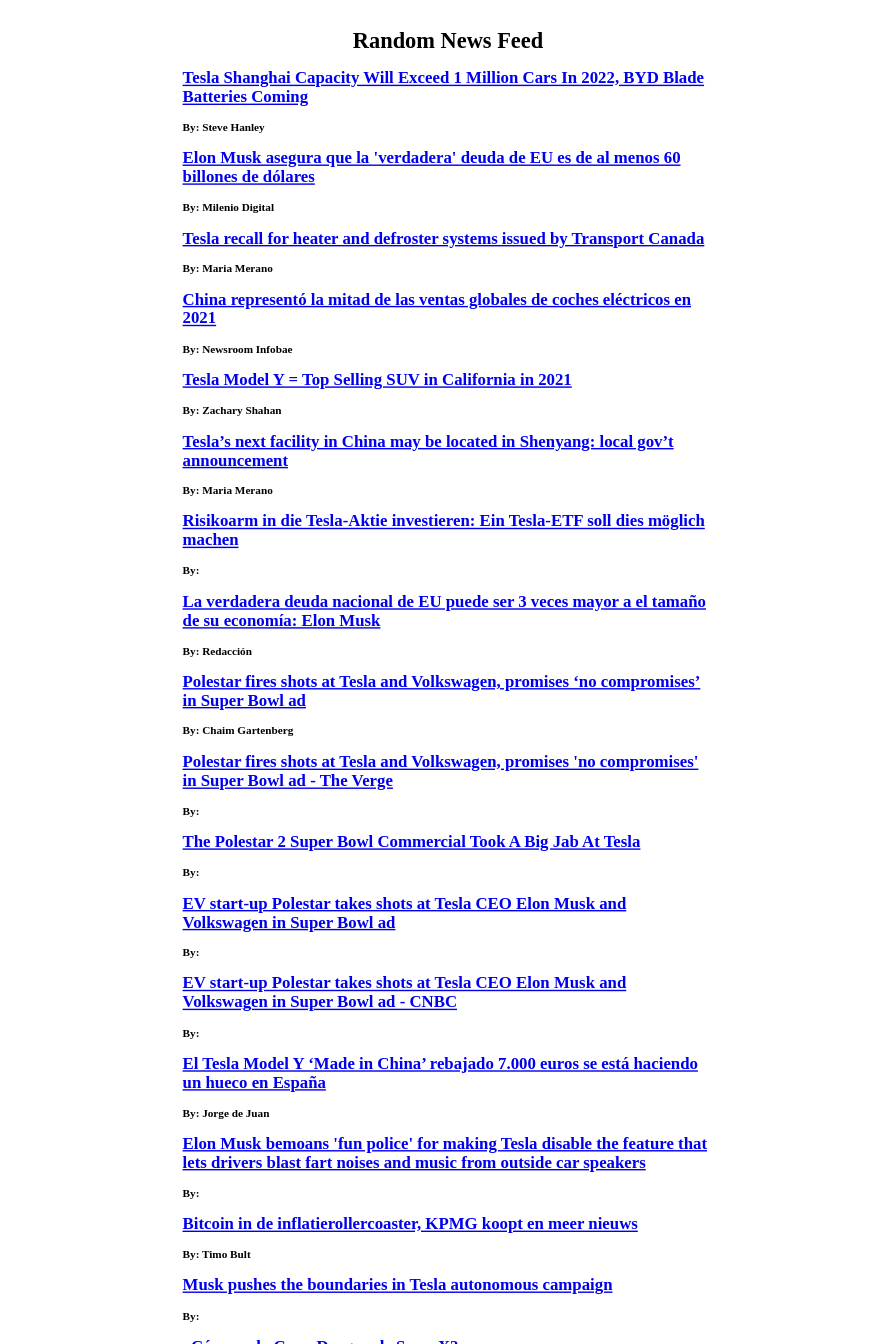
Repository: SamanthaYan298/my_news
Page: /
These files come from the project's save history. The page is drawn as it stood at one moment and after the next save; the edit follows.
The browser window is 1280 px wide. The pictures show the part of the page from y = 0 to 1920 px (the page is 7101 px tall before and 29031 px after), at 70% of full size.
The project was rebuilt for these pictures with package versions that can differ from the ones it lists, and the page was loaded fresh each time. Also part of the build but not shown: vite.config.js.

Above is the page before, as saved 2024-09-23 16:49:43.

After the next save:
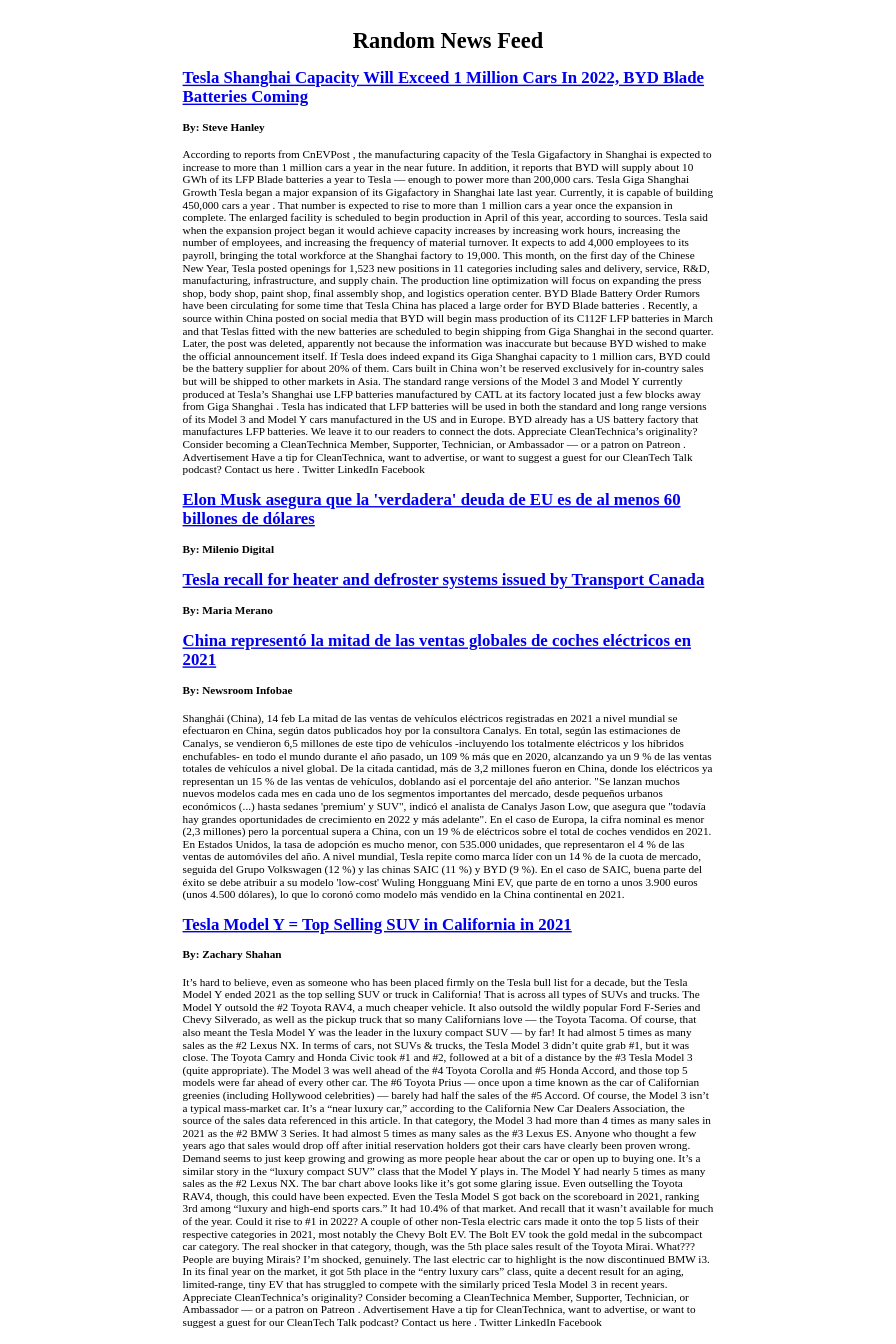
Saved 24 s later.
--- a/src/App.jsx
+++ b/src/App.jsx
@@ -13,7 +13,7 @@
           <div key={index}>
             <a href={story.link}><h2>{story.title}</h2></a>
             <h4>By: {story.creator}</h4>
-            <p></p>
+            <p>{story.full_description}</p>
           </div>
         ))}
       </div>
